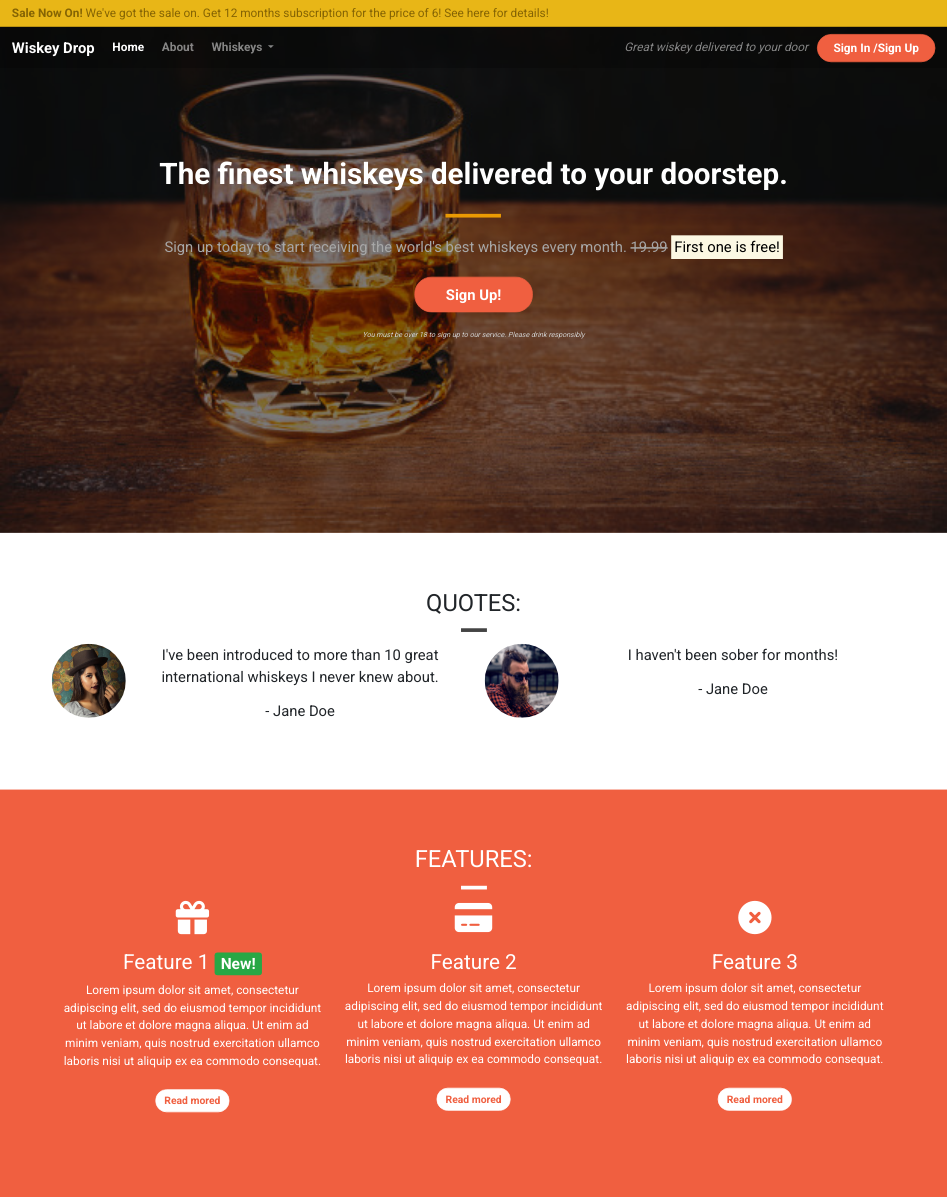
Repository: manub7/bootstrap4-mobile-first
Page: index.html
The author's editor kept a record of every edit. The page is drawn from the files as they stood at one moment, then again after the next edit.
The browser window is 1280 px wide. The pictures show the whole page, at 74% of full size.
Backgrounds fixed to the window are drawn as part of the page. Some web libraries are served in a nearby version.

Above is the page before.

### index.html
<!DOCTYPE html>
<html lang="en-us">

<head>
    <meta charset="utf-8">
    <meta name="viewport" content="width=device-width, initial-scale=1.0">
    <title>Whiskey Drop | Taste a new whiskey every month</title>
    <link rel="stylesheet" href="https://maxcdn.bootstrapcdn.com/bootstrap/4.1.3/css/bootstrap.min.css">
    <link rel="stylesheet" href="https://stackpath.bootstrapcdn.com/bootstrap/4.4.1/css/bootstrap.min.css" integrity="sha384-Vkoo8x4CGsO3+Hhxv8T/Q5PaXtkKtu6ug5TOeNV6gBiFeWPGFN9MuhOf23Q9Ifjh" crossorigin="anonymous">
    <script src="https://kit.fontawesome.com/0c0aa31012.js" crossorigin="anonymous"></script>
    <link href="https://fonts.googleapis.com/css?family=Roboto:400,700&display=swap" rel="stylesheet">
    <link rel="stylesheet" href="css/style.css" type="text/css" />
</head>

<body>
    <div class="container-fluid navalert-container">

        <div class="container-fluid alert-container">
            <div class=" row d-none d-sm-block">
                <div class="col-12">
                    <div class="site-wide-alert alert alert-warning">
                        <strong>Sale Now On!</strong> We've got the sale on. Get 12 months subscription for the price of 6!
                        <a ref="">See here for details!</a>
                    </div>
                </div>
            </div>
        </div>
        <nav class="navbar navbar-dark  navbar-expand-sm ">

            <a href="/" class="navbar-brand">Wiskey Drop</a>
            <button class="navbar-toggler ml-auto" type="button" data-toggle="collapse" data-target="#navbarNavDropdown" aria-controls="navbarNavDropdown" aria-expanded="false" aria-label="Toggle navigation">
        <span class="navbar-toggler-icon"></span></button>

            <div class="collapse navbar-collapse" id="navbarNavDropdown">
                <ul class="navbar-nav mr-auto">
                    <li class="active nav-item mr-2"><a class="nav-link" href="/">Home</a></li>
                    <li class="nav-item mr-2"><a class="nav-link" href="/about">About</a></li>
                    <li class="nav-item dropdown">
                        <a class="nav-link dropdown-toggle" href="#" id="navbarDropdownMenuLink" role="button" data-toggle="dropdown" aria-haspopup="true" aria-expanded="false">
            Whiskeys
        </a>
                        <div class="dropdown-menu" aria-labelledby="navbarDropdownMenuLink">
                            <a class="dropdown-item" href="#">Irish</a>
                            <a class="dropdown-item" href="#">Scotch</a>
                            <a class="dropdown-item" href="#">Japanese</a>
                            <a class="dropdown-item" href="#">American</a>
                        </div>
                    </li>

                    <li class="nav-item mr-2 d-block d-sm-none"><a class="nav-link" href="">Sign In / Sign Up</a></li>
                </ul>
            </div>

            <div class="d-none d-md-block">
                <p class="navbar-text my-auto mr-2"><i>Great wiskey delivered to your door</i></p>
                <a href="/login" class="btn btn--cta btn--red" data-toggle="modal" data-target="#signUpModal">Sign In /Sign Up</a>

            </div>

        </nav>
    </div>

    <!-- Callout -->
    <div class="container-fluid callout-container">
        <div class="opaque-overlay">&nbsp;</div>
        <div class="row">
            <div class="col-12">
                <section class="callout jumbotron text-center">
                    <h1 class="jumbotron-header">The finest whiskeys delivered to your doorstep.</h1>
                    <hr class="block-divider block-divider--orange">
                    <p class="lead">Sign up today to start receiving the world's best whiskeys every month.
                        <s class="d-none d-sm-inline">19.99</s>
                        <span class="d-inline d-sm-none"><br></span>
                        <strong><mark> First one is free!</mark></strong></p>
                    <p><button class="btn btn-lg btn--cta btn--red" data-toggle="modal" data-target="#signUpModal">Sign Up!</button></p>
                    <p class="text-muted"><small> You must be over 18 to sign up to our service. Please drink responsibly </small></p>
                </section>
            </div>
        </div>
    </div>
    <!-- /.callout -->
    </div>

    <!-- Quotes -->
    <div class="container-wraper">
        <div class="container container-quotes content-container">
            <section class="quotes">
                <div class="row">
                    <div class="col-12 page-header">
                        <h2 class="text-uppercase">Quotes:</h2>
                        <hr class=" block-divider block-divider--short " </div>
                    </div>
                    <div class="row">
                        <div class="col-12 col-md-6 page-header">
                            <div class="media">
                                <div class="d-none d-sm-block">
                                    <img src="images/girl-image.png" class="rounded-circle  mr-3" height=100 width=100>
                                </div>
                                <div class="media-body">
                                    <blockquote class="blockquote">
                                        <p>I've been introduced to more than 10 great international whiskeys I never knew about.</p>
                                        <p>- Jane Doe</p>
                                    </blockquote>
                                </div>
                            </div>
                        </div>

                        <div class="col-12 col-md-6 page-header">
                            <div class="media">
                                <div class="d-none d-sm-block">
                                    <img src="images/guy-image.png" class="rounded-circle mr-3" height=100 width=100>
                                </div>
                                <div class="media-body">
                                    <blockquote class="blockquote">
                                        <p>I haven't been sober for months!</p>
                                        <p>- Jane Doe</p>
                                        </blockquotes>
                                </div>
                            </div>
                        </div>
                    </div>
            </section>
            </div>
        </div>
        <!-- /.quotes -->


        <!-- Features -->
        <div class=" container-wrapper container-wrapper--red">
            <div class="container features-container content-container">
                <section class="features">
                    <div class="row">
                        <div class="col-12 page-header">
                            <h2 class="text-uppercase">Features:</h2>
                            <hr class="block-divider block-divider--short block-divider--white">
                        </div>
                    </div>

                    <div class="row">
                        <div class="col-12 col-md-6 col-lg-4 page-header">
                            <div class="feature">
                                <h3><i class="fas fa-gift d-none d-sm-block"></i> Feature 1 <span class="badge badge-success">New!</span></h3>
                                <p>Lorem ipsum dolor sit amet, consectetur adipiscing elit, sed do eiusmod tempor incididunt ut labore et dolore magna aliqua. Ut enim ad minim veniam, quis nostrud exercitation ullamco laboris nisi ut aliquip ex ea commodo
                                    consequat.
                                </p>
                                <p><a class="btn btn-sm btn-light" href="">Read mored</a></p>
                            </div>
                        </div>


                        <div class="col-12 col-md-6 col-lg-4 page-header">
                            <div class="feature">
                                <h3><i class="fas fa-credit-card d-none d-sm-block"></i> Feature 2</h3>
                                <p>Lorem ipsum dolor sit amet, consectetur adipiscing elit, sed do eiusmod tempor incididunt ut labore et dolore magna aliqua. Ut enim ad minim veniam, quis nostrud exercitation ullamco laboris nisi ut aliquip ex ea commodo
                                    consequat.
                                </p>
                                <p><a class="btn btn-sm btn-light" href="">Read mored</a></p>
                            </div>
                        </div>


                        <div class="col-12 d-md-none d-lg-block col-lg-4 page-header">
                            <div class="feature">
                                <h3><i class="fas fa-times-circle d-none d-sm-block"></i> Feature 3</h3>
                                <p>Lorem ipsum dolor sit amet, consectetur adipiscing elit, sed do eiusmod tempor incididunt ut labore et dolore magna aliqua. Ut enim ad minim veniam, quis nostrud exercitation ullamco laboris nisi ut aliquip ex ea commodo
                                    consequat.
                                </p>
                                <p><a class="btn btn-sm btn-light" href="">Read mored</a></p>
                            </div>
                        </div>
                    </div>
                </div>
              </section>
        </div>
    </div>
    <!-- /.features -->

    <!-- /Modla dialog -->

    <div class="modal" tabindex="-1" role="dialog" id="signUpModal">
        <div class="modal-dialog" role="document">
            <div class="modal-content">
                <div class="modal-header">
                    <h5 class="modal-title">Sign Up To Whiskey Drop!</h5>
                    <button type="button" class="close" data-dismiss="modal" aria-label="Close">
          <span aria-hidden="true">&times;</span>
        </button>
                </div>
                <div class="modal-body">
                    <form>
                        <div class="form-group">
                            <label for="exampleInputEmail1">Email address</label>
                            <input type="email" class="form-control" id="exampleInputEmail1" aria-describedby="emailHelp" placeholder="Enter email">
                            <small id="emailHelp" class="form-text text-muted">We'll never share your email with anyone else.</small>
                        </div>
                        <div class="form-group">
                            <label for="password">Password</label>
                            <input type="password" class="form-control" id="password" placeholder="Password">
                        </div>
                        <div class="form-group">
                            <label for="repeatPassword">Repeat Password</label>
                            <input type="password" class="form-control" id="repeatPassword" placeholder="Repeat Password">
                        </div>
                        <button type="submit" class="btn btn-success">Submit</button>
                    </form>
                </div>
            </div>
        </div>
    </div>


    <script src="https://code.jquery.com/jquery-3.4.1.slim.min.js" integrity="sha384-J6qa4849blE2+poT4WnyKhv5vZF5SrPo0iEjwBvKU7imGFAV0wwj1yYfoRSJoZ+n" crossorigin="anonymous"></script>
    <script src="https://cdn.jsdelivr.net/npm/popper.js@1.16.0/dist/umd/popper.min.js" integrity="sha384-Q6E9RHvbIyZFJoft+2mJbHaEWldlvI9IOYy5n3zV9zzTtmI3UksdQRVvoxMfooAo" crossorigin="anonymous"></script>
    <script src="https://stackpath.bootstrapcdn.com/bootstrap/4.4.1/js/bootstrap.min.js" integrity="sha384-wfSDF2E50Y2D1uUdj0O3uMBJnjuUD4Ih7YwaYd1iqfktj0Uod8GCExl3Og8ifwB6" crossorigin="anonymous"></script>
</body>

</html>

### css/style.css
body {
    font-family: 'Roboto', sans-serif;
}

.container-wrapper {

}
.container-wrapper--red{
    background-color:#f05f40;
    color: white;
}

.alert-container .col-12 {
    padding-left: 0;
    padding-right:0;
}

.site-wide-alert {
    border-radius:0;
    margin-bottom:0;
    padding:5px 15px;
    background-color: #e8b617;
    border-color: #e8b617;

}

.callout-container {
    height: 100vh;
    background: url(../images/wiskey-background.jpg) no-repeat bottom right fixed;
    -webkit-background-size: cover;
    -moz-background-size: cover;
    -o-background-size: cover;
    background-size: cover;

    display: flex;
    align-items:center;
    justify-content:center;
    position:relative;
}

.opaque-overlay {
    position: absolute;
    top: 0px;
    left: 0px;
    height: 100%;
    width:100%;
    background-color: rgba(0,0,0,0.5);
}

.quotes-container  {

}



.features-container {}

/* Page header*/

.page-header {
    margin-bottom: 0;
    border-bottom:0;
    text-align: center;
}
.page-header h2 {
    margin-bottom: 0;
}

/*Block dividers */

.block-divider {
    width: 75px;
    height: 5px;
    border: 0;
    background-color: #444;

}

.block-divider--orange {
     background-color: #ea9a03;
}

.block-divider--white {
    background-color: white;
}

.block-divider--short {
    width: 35px;
}
/* Content container */

.content-container {
    padding-bottom: 75px;
    padding-top: 75px;
}

/* Navbar */

.navalert-container {
    position:absolute;
    top:0;
    left:0;
    padding-left: 0;
    padding-right: 0;
    z-index:1;
}

.navbar {
    margin-bottom: 0;
    border:0;
    width: 100%;
    background-color: rgba(0,0,0,0.25);
}

.navbar .navbar-toggler {
    border:0;
}

.navbar-brand {

    font-weight: bold;
}

.navbar .navbar-nav {
    font-weight: bold;
}

/*Jumbotron*/

.jumbotron {
    background-color: transparent;
}

.jumbotron h1 {

    color: white;
    font-weight: bold;
    margin-bottom: 30px;
    color: white;
}

.jumbotron .lead {
    margin-top: 0;
    margin-bottom: 1rem;
    color: #a7a7a7;
    margin: 25px 0;
}

.jumbotron small {
    font-size: 60%;
    font-style: italic;
    color: #d0d0d0;
}

/* Buttons */

.btn--cta {
    font-weight: bold;
    border-radius: 23px;
    width:160px;
}

.btn--red {
    color: white;
    background-color: #f05f40;
    border-color: #f05f40;

}

.btn--red:hover,
.btn--red:active,
.btn--red:focus,
.btn--red:active:focus {
    background-color: #df4929;
    border-color: #df4929;

}
.feature {
    text-align: center;
    margin-bottom: 40px;
}

.feature i{
    margin-bottom: 20px;
    font-size: 45px;
    font-height:45px;
}

.feature .btn {
    background-color: white;
    border-color: white;
    border-radius: 15px;
    min-width:100px;
    font-weight: bold;
    margin-top:10px;
    color:#f05f40;
}

After the next edit:
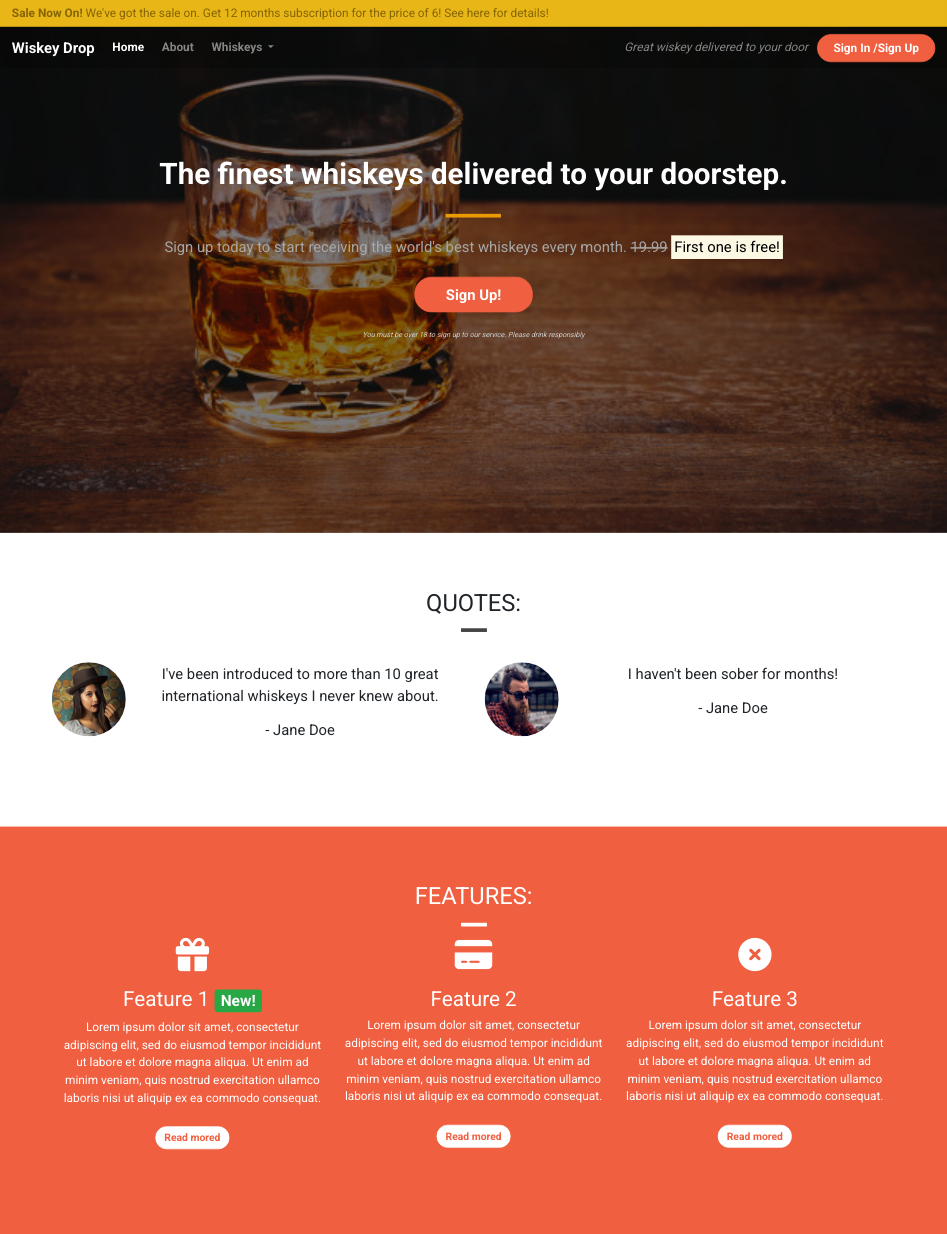
The edit:
--- a/css/style.css
+++ b/css/style.css
@@ -66,6 +66,10 @@
     margin-bottom: 0;
 }
 
+.quotes .page-header {
+    margin-bottom: 25px;
+}
+
 /*Block dividers */
 
 .block-divider {
